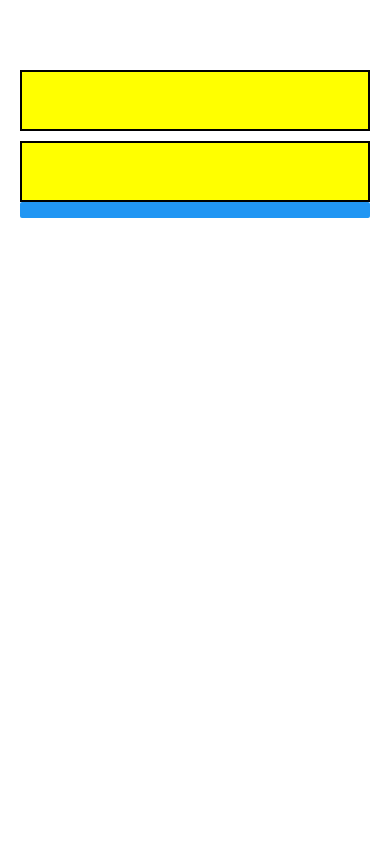
Repository: akinmiday/ReactNativeApp
Screen: /
These files come from the project's save history. The screen is drawn as it stood at one moment and after the next save; the edit follows.
The app was drawn by React Native's web renderer in a window 390 px wide. The project was rebuilt for these pictures with package versions that can differ from the ones it lists, and the page was loaded fresh each time.

Above is the screen before, as saved 2023-08-03 16:26:08.

After the next save:
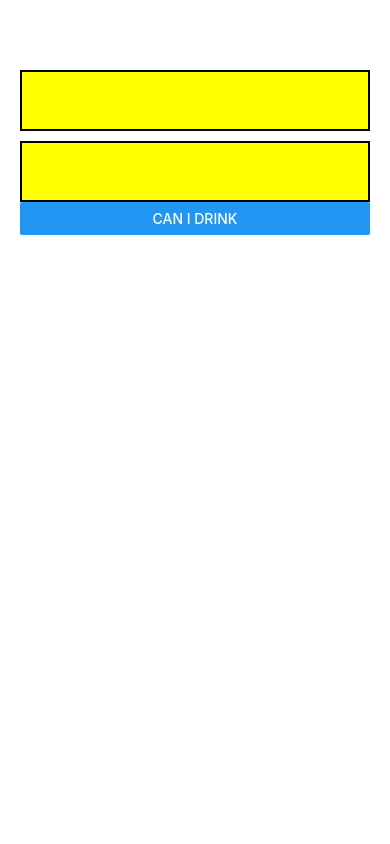
Saved 32 s later.
--- a/App.js
+++ b/App.js
@@ -9,7 +9,7 @@ export default function App() {
     <View style={container}>
       <TextInput style={input} />
       <TextInput style={input} />
-      <Button title="" />
+      <Button title="Can i Drink" />
     </View>
   );
 }
